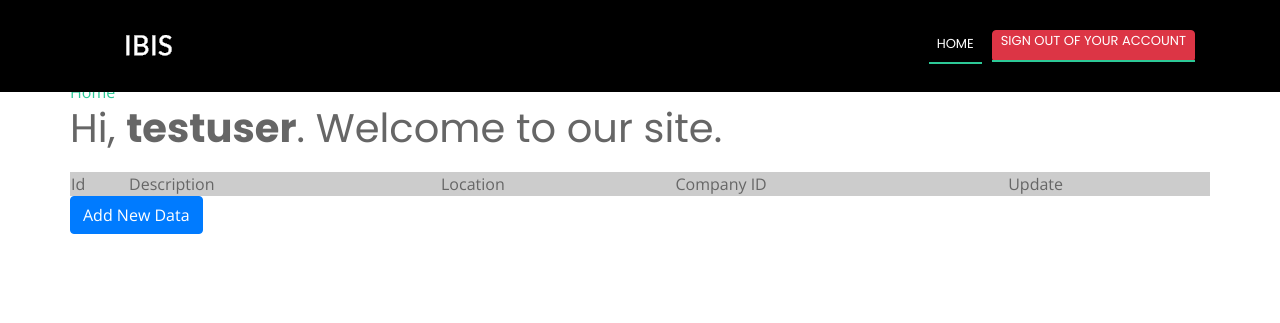
Repository: bhavrishi/Php_Internship_System
Page: http://localhost/ibis/admin/persons/index.php
The author's editor kept a record of every edit. The page is drawn from the files as they stood at one moment, then again after the next edit.
The browser window is 1280 px wide. The pictures show the whole page.
The page is run by PHP 8.4 with error messages shown; the project is at /var/www/html/. The session is filled in as if someone had signed in: {"username": "testuser"}. Queries for data that is not in the repository find no rows.

Above is the page before.

After the next edit:
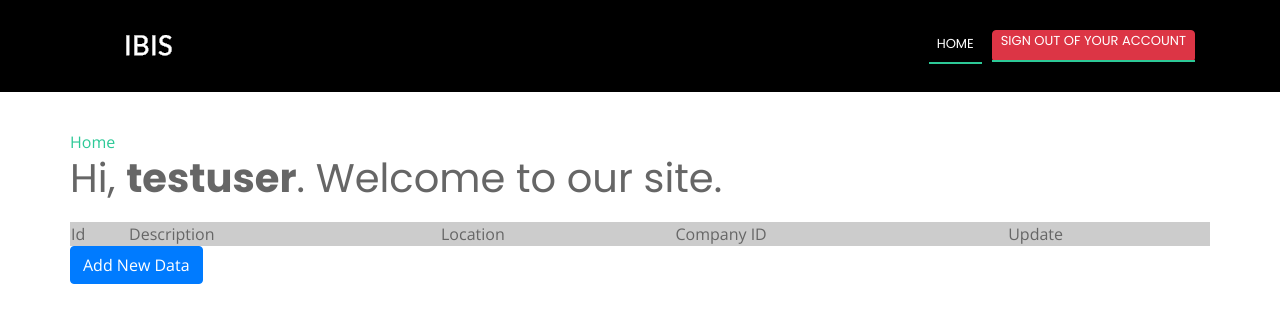
The edit:
--- a/workspace/ibis/admin/style.css
+++ b/workspace/ibis/admin/style.css
@@ -491,7 +491,7 @@
 --------------------------------*/
 #about {
   background: #fff;
-  padding: 80px 0;
+  padding: 130px 0;
 }
 
 #about .about-container .background {
